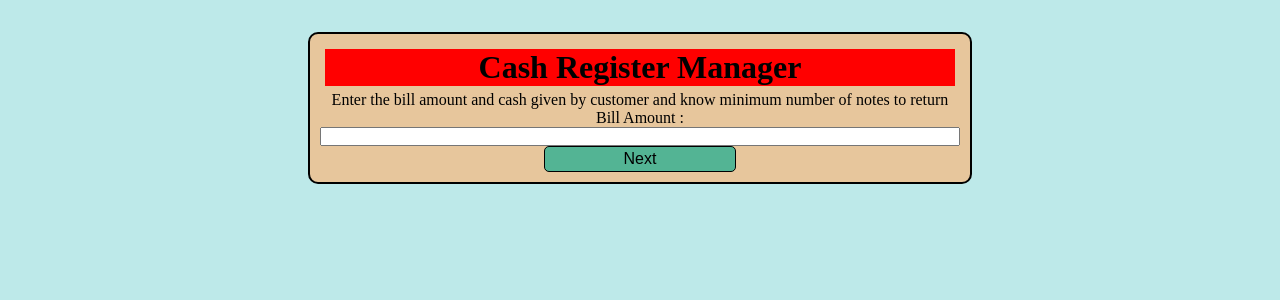
Repository: patelamancode/Cash-register-manager-app
Page: index.html
The author's editor kept a copy of each file at every save. The page is drawn from the files as they stood at one save, then again after the next save.
The browser window is 1280 px wide. The pictures show the whole page.

Above is the page before, as saved 2022-11-18 15:46:45.

### index.html
<!DOCTYPE html>
<html lang="en">

<head>
    <meta charset="UTF-8">
    <meta http-equiv="X-UA-Compatible" content="IE=edge">
    <meta name="viewport" content="width=device-width, initial-scale=1.0">
    <link rel="stylesheet" href="index.css">
    <title>Cash register app</title>
</head>

<body>
    <div id="main-container">
        <h1 class="heading">Cash Register Manager</h1>
        <p id="description">Enter the bill amount and cash given by customer
            and know minimum number of notes to return
        </p>
        <label for="Bill-amount">Bill Amount :</label>
        <input type="text" id="bill-amount">
        <button id="next-btn">Next</button>
        <div class="sub-container">
            <label for="Cash-amount" class="cash-section">User Cash :</label>
            <input type="text" id="cash-amount">
            <button class="check-btn">Check</button>
            <p class="error-message"></p>
            <table class="change-cash">
                <caption>Return Change Cash :</caption>
                <tr>
                    <th>No. of notes</th>
                    <td class="notes-number"></td>
                    <td class="notes-number"></td>
                    <td class="notes-number"></td>
                    <td class="notes-number"></td>
                    <td class="notes-number"></td>
                    <td class="notes-number"></td>
                    <td class="notes-number"></td>
                    <td class="notes-number"></td>
                    <td class="notes-number"></td>
                    <td class="notes-number"></td>
                </tr>
                <tr>
                    <th>Notes</th>
                    <td>2000</td>
                    <td>1000</td>
                    <td>500</td>
                    <td>200</td>
                    <td>100</td>
                    <td>50</td>
                    <td>20</td>
                    <td>10</td>
                    <td>5</td>
                    <td>1</td>
                </tr>
            </table>
        </div>
    </div>

    <script src="index.js"></script>
</body>

</html>

### index.css
*{
    margin: 0;
    padding: 0;
}

body{
    background-color: rgb(189, 233, 233);
}

#main-container{
    display: flex;
    flex-direction: column;
    width: 50vw;
    margin: auto;
    margin-top: 2rem;
    padding: 10px;
    border: 2px solid black;
    border-radius: 10px;
    background-color: rgb(231, 198, 156);
    text-align: center;
}

h1{
    background-color: red;
    margin: 5px;
}

button{
    width: 30%;
    margin: auto;
    padding: 3px;
    font-size: 1rem;
    font-weight: 500;
    border: 1px solid;
    background-color: rgb(83, 180, 148);
    border-radius: 5px;
}

.sub-container{
    display: none;
    flex-direction: column;
    width: 50vw;
    margin: auto;
}

### index.js
// document.querySelector('.check-btn').addEventListener('click', function(){
//     console.log("Check button is clicked")
// })

const billAmount = document.querySelector('#bill-amount');
const cashAmount = document.querySelector('#cash-amount');
const checkButton = document.querySelector('.check-btn');
const errorMessage = document.querySelector('.error-message');
const notesDisplay = document.querySelectorAll('.notes-number');
// from here
const hideContent = document.querySelector('.sub-container');
const nextButton = document.querySelector('#next-btn');


// Testing console values for all inputs
// checkButton.addEventListener('click', function(){
//     console.log(cashAmount.value);
// })

nextButton.addEventListener('click', function(){
    hideContent.style.display = "flex"
    hideContent.style.flexDirection = "column"
})
// to here

const displayErrorMessage = function (message) {
    errorMessage.style.display = "block";
    errorMessage.style.backgroundColor = "red";
    errorMessage.innerText = message;
}
const hideErrorMessage = function(){
    errorMessage.style.display = "none";

}

const notesArray = [2000, 1000, 500, 200, 100, 50, 20, 10, 5, 1];
const numberOfNotesGiven = function(returnAmount){
    for(let i=0; i< notesArray.length; i++){
        let notesCount = Math.trunc(returnAmount/notesArray[i]);
        returnAmount = returnAmount%notesArray[i];
        notesDisplay[i].innerText = notesCount;
    }
}

checkButton.addEventListener('click', function amountValidation() {
    hideErrorMessage();

    if (billAmount.value > 0) {
        if(cashAmount.value >= billAmount.value){
            const returnAmount = cashAmount.value - billAmount.value;
            numberOfNotesGiven(returnAmount);
        }
        else{
            displayErrorMessage("Invalid Cash value as per Bill amount");
        }
    }
    else {
        displayErrorMessage("Please make sure input bill amount must be positive and non-zero value");
    }
})



// 1550

After the next save:
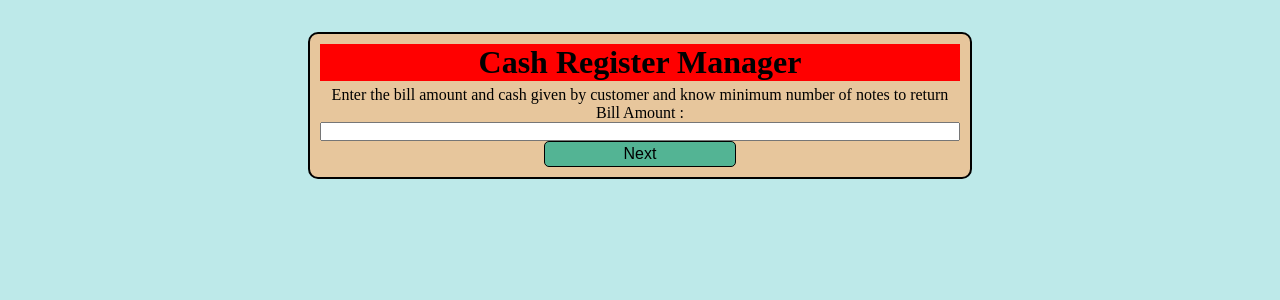
Saved 17 s later.
--- a/index.css
+++ b/index.css
@@ -22,7 +22,7 @@ body{
 
 h1{
     background-color: red;
-    margin: 5px;
+    margin-bottom: 5px;
 }
 
 button{
